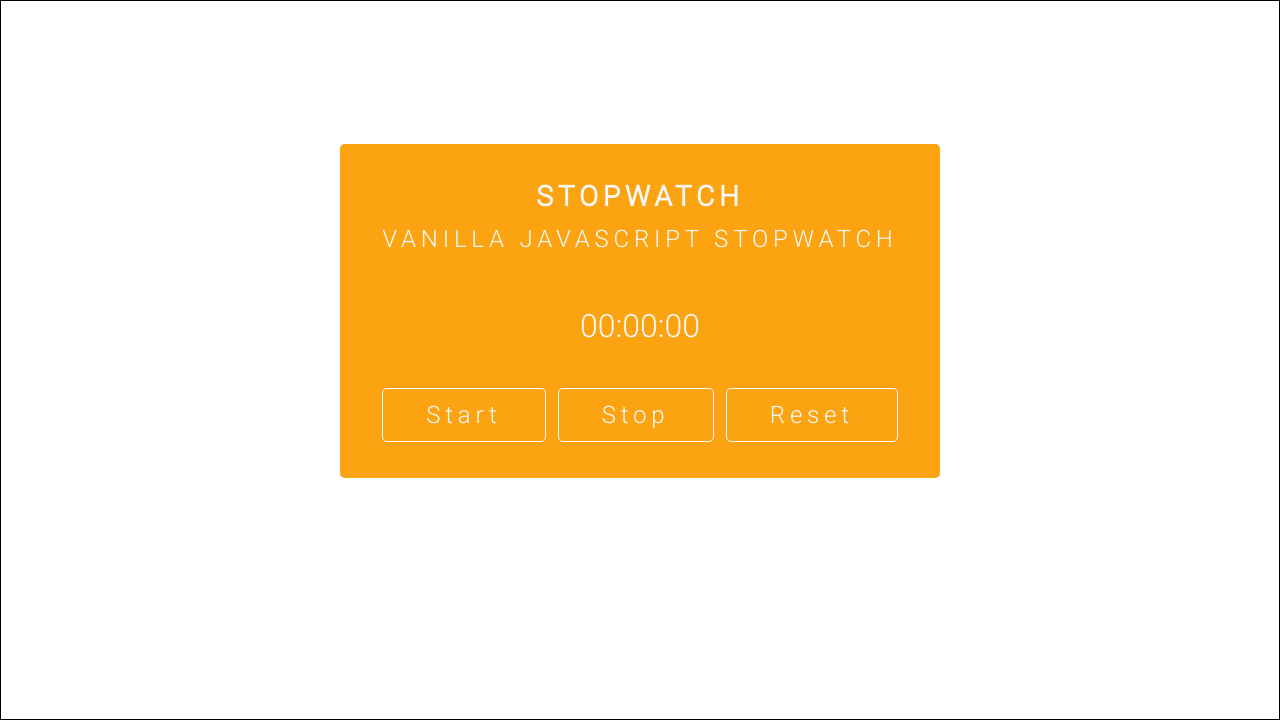
Repository: siaxiong/siaxiong.github.io
Page: doc/stopWatch.html
An editor plug-in stored every save of this project. The page is shown before and after the next save, followed by the edit.
The browser window is 1280 px wide. The pictures show the whole page.

Above is the page before, as saved 2021-03-11 17:47:17.

After the next save:
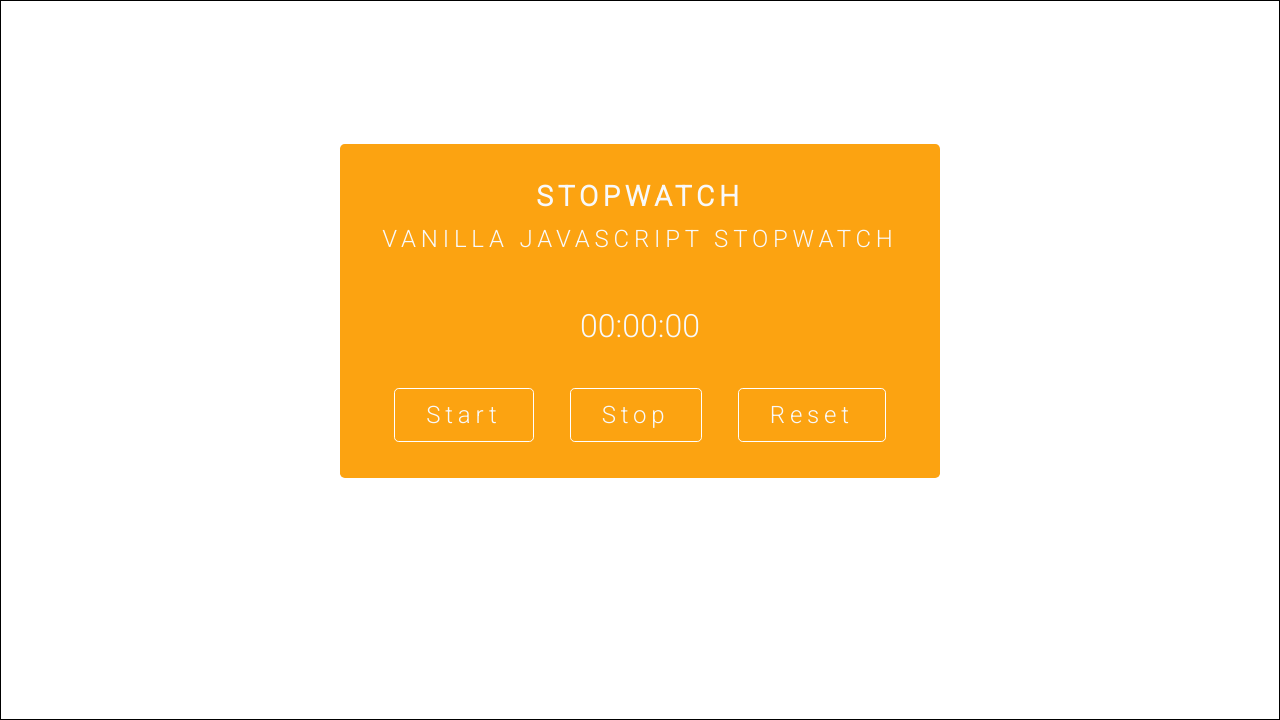
Saved 65 s later.
--- a/doc/stopWatch.html
+++ b/doc/stopWatch.html
@@ -81,7 +81,7 @@
     .stopwatch__buttons>* {
         border: 1px solid #fff;
         border-radius: 0.2em;
-        padding: 0.5em 1.8em;
+        padding: 0.5em 1.3em;
         font-family: inherit;
         font-size: inherit;
         color: inherit;
